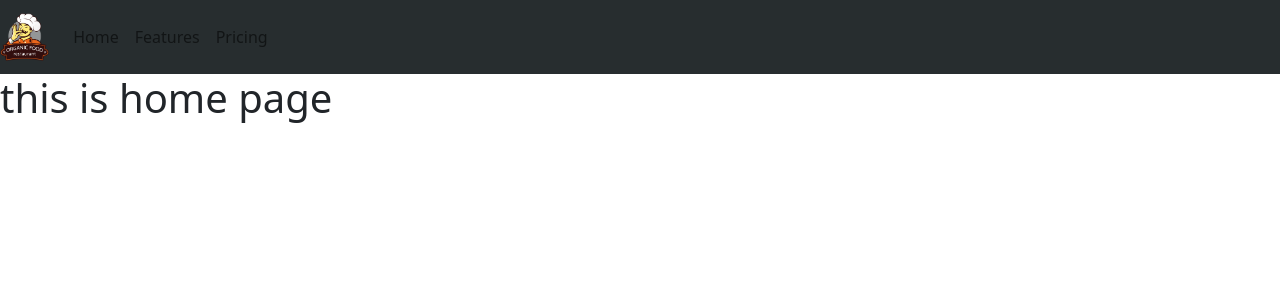
Repository: mdrubel02/organic-food-restaurnat
Page: /
These files come from the project's save history. The page is drawn as it stood at one moment and after the next save; the edit follows.
The browser window is 1280 px wide. The pictures show the whole page.
The project was rebuilt for these pictures with package versions that can differ from the ones it lists, and the page was loaded fresh each time.

Above is the page before, as saved 2022-07-02 14:11:27.

### src/index.css
@import url('https://fonts.googleapis.com/css2?family=Poppins:wght@300;400;500;600&display=swap');

* {
    margin: 0;
    padding: 0;
    border: 0;
    outline: 0;
    box-sizing: border-box;
    list-style: none;
    text-decoration: none;
}

:root {
    --color-bg: #272D2F;
    --color-bg-variant: #ffec78;
    --color-primary: #eb671b;
    --color-primary-variant: #310e0e;

    --transition: all 400ms ease;
}

body {
    font-family: 'Poppins', sans-serif;
}

h1,
h2,
h3,
h4,
h5,
h6 {
    font-weight: 500;
}

a {
    color: var(--color-primary);
    transition: var(--transition);
}

a:hover {
    color: var(--color-white);
}

.button {
    text-align: center;
    width: max-content;
    display: inline-block;
    color: var(--color-primary);
    padding: 0.75rem 1.2rem;
    border-radius: 0.4rem;
    border: 1px solid var(--color-primary);
    transition: var(--transition);
}

.button:hover {
    background: var(--color-white);
    color: var(--color-bg);
    border-color: transparent;
}

.button-primary {
    background: var(--color-primary);
    color: var(--color-bg);
}

img {
    display: block;
    width: 100%;
    object-fit: cover;
}

### src/App.js
import { Route, Routes } from "react-router-dom";
import HeaderOne from "./Components/Header/HeaderOne.js";
import Home from "./Components/Home/Home";


function App() {
  return (
    <div>
      <HeaderOne />
      <Routes>
        <Route path="/" element={<Home />} />
      </Routes>
    </div>
  );
}

export default App;

### src/Components/Header/HeaderOne.js
import React from 'react';
import './HeaderOne.css'
import { Navbar,Nav } from 'react-bootstrap';
import logo from '../../Accets/restaurant logo.png'

const HeaderOne = () => {
    return (
        <Navbar className='one'>
          <Navbar.Brand href="#home">
            <img className='logo img' src={logo} alt="" />
          </Navbar.Brand>
          <Nav className="me-auto">
            <Nav.Link href="#home">Home</Nav.Link>
            <Nav.Link href="#features">Features</Nav.Link>
            <Nav.Link href="#pricing">Pricing</Nav.Link>
          </Nav>
      </Navbar>
    );
};

export default HeaderOne;

### src/Components/Home/Home.js
import React from 'react';

const Home = () => {
    return (
        <div>
            <h1>this is home page</h1>
        </div>
    );
};

export default Home;

### src/Components/Header/HeaderOne.css
.one{
    background-color: var(--color-bg);
}
.logo{
    height: 3rem;
}

Loaded but not shown: public/index.html (common file); src/index.js (common file); src/reportWebVitals.js (common file)

After the next save:
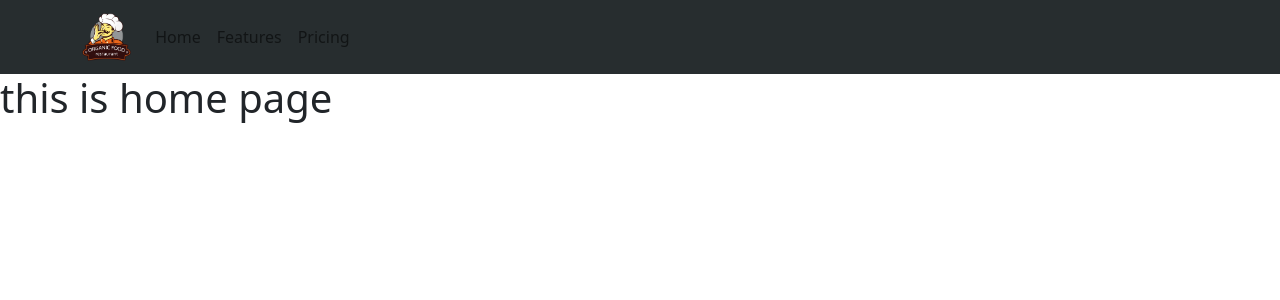
Saved 90 s later.
--- a/src/Components/Header/HeaderOne.js
+++ b/src/Components/Header/HeaderOne.js
@@ -1,11 +1,13 @@
 import React from 'react';
 import './HeaderOne.css'
+import Container from 'react-bootstrap/Container';
 import { Navbar,Nav } from 'react-bootstrap';
 import logo from '../../Accets/restaurant logo.png'
 
 const HeaderOne = () => {
     return (
         <Navbar className='one'>
+            <Container>
           <Navbar.Brand href="#home">
             <img className='logo img' src={logo} alt="" />
           </Navbar.Brand>
@@ -14,6 +16,7 @@ const HeaderOne = () => {
             <Nav.Link href="#features">Features</Nav.Link>
             <Nav.Link href="#pricing">Pricing</Nav.Link>
           </Nav>
+          </Container>
       </Navbar>
     );
 };
